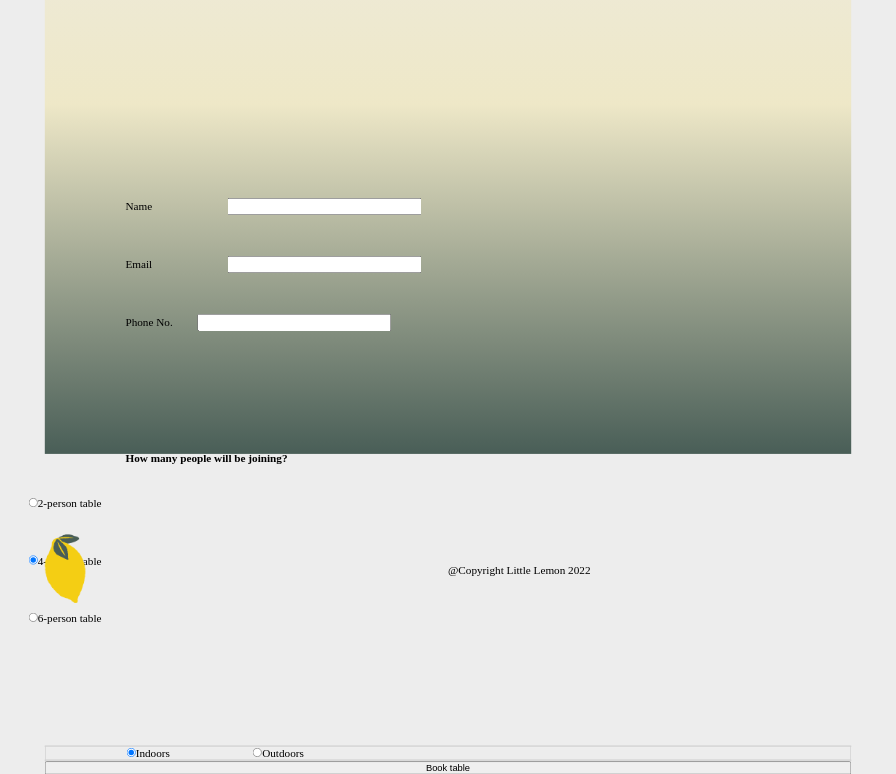
Repository: klone007/littleLemon
Page: index.html
The author's editor kept a copy of each file at every save. The page is drawn from the files as they stood at one save, then again after a run of saves.
The browser window is 1280 px wide. The pictures show the part of the page from y = 3319 to 5239 px (the page is 4425 px tall before and 5239 px after), at 70% of full size.
A picture or video elsewhere on the page could not be fetched, so the positions and the page height are approximate. Backgrounds fixed to the window are drawn as part of the page.

Above is the page before, as saved 2022-11-17 13:34:56.

After the next 2 saves:
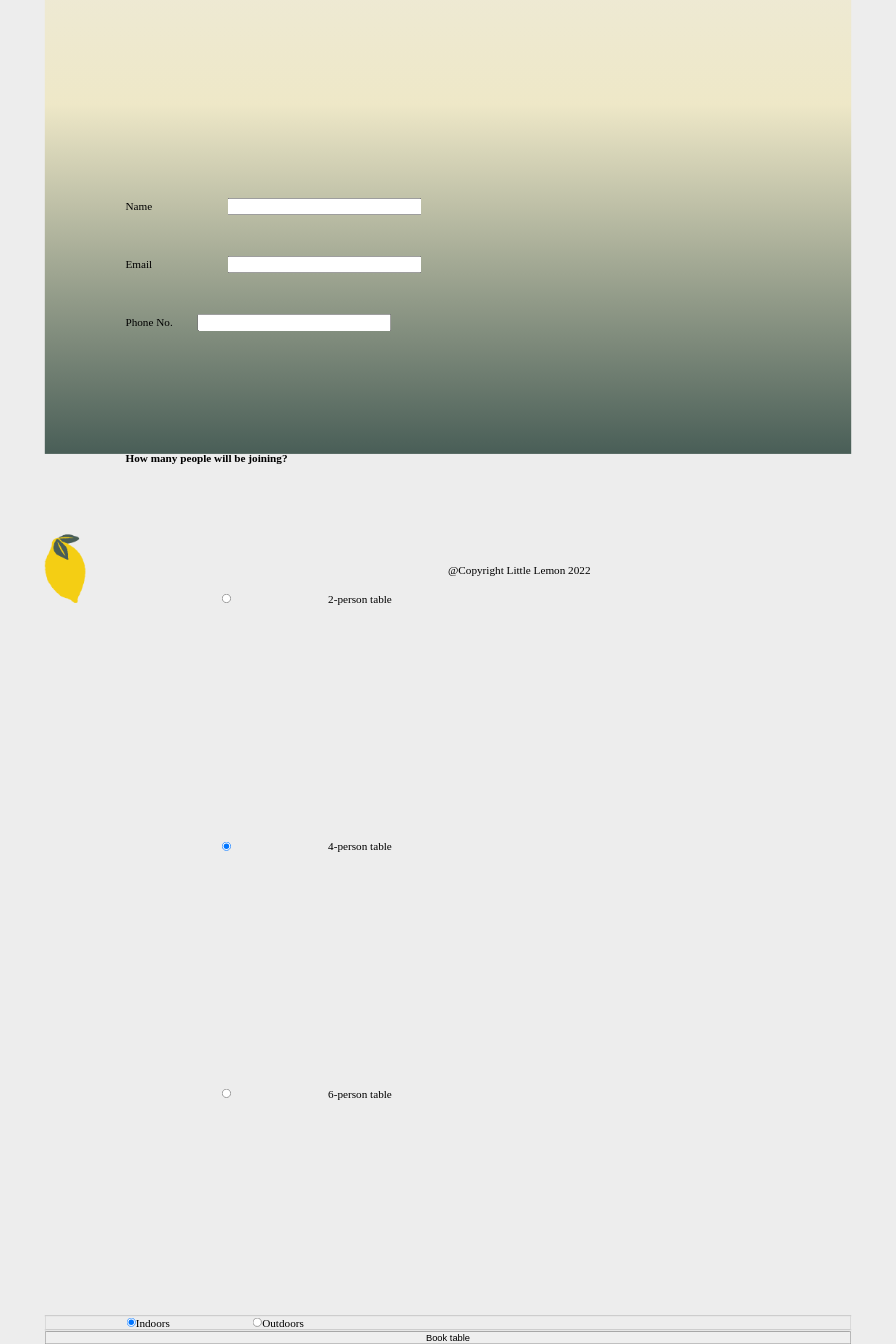
The 2 saves are shown as one change because they came seconds apart.
The last was saved 34 s later.
--- a/styles.css
+++ b/styles.css
@@ -515,7 +515,7 @@
 }
 
 input[name=size] {
-    margin-left:-15%;
+    margin:15%;
 }
 
 #user_Name{
